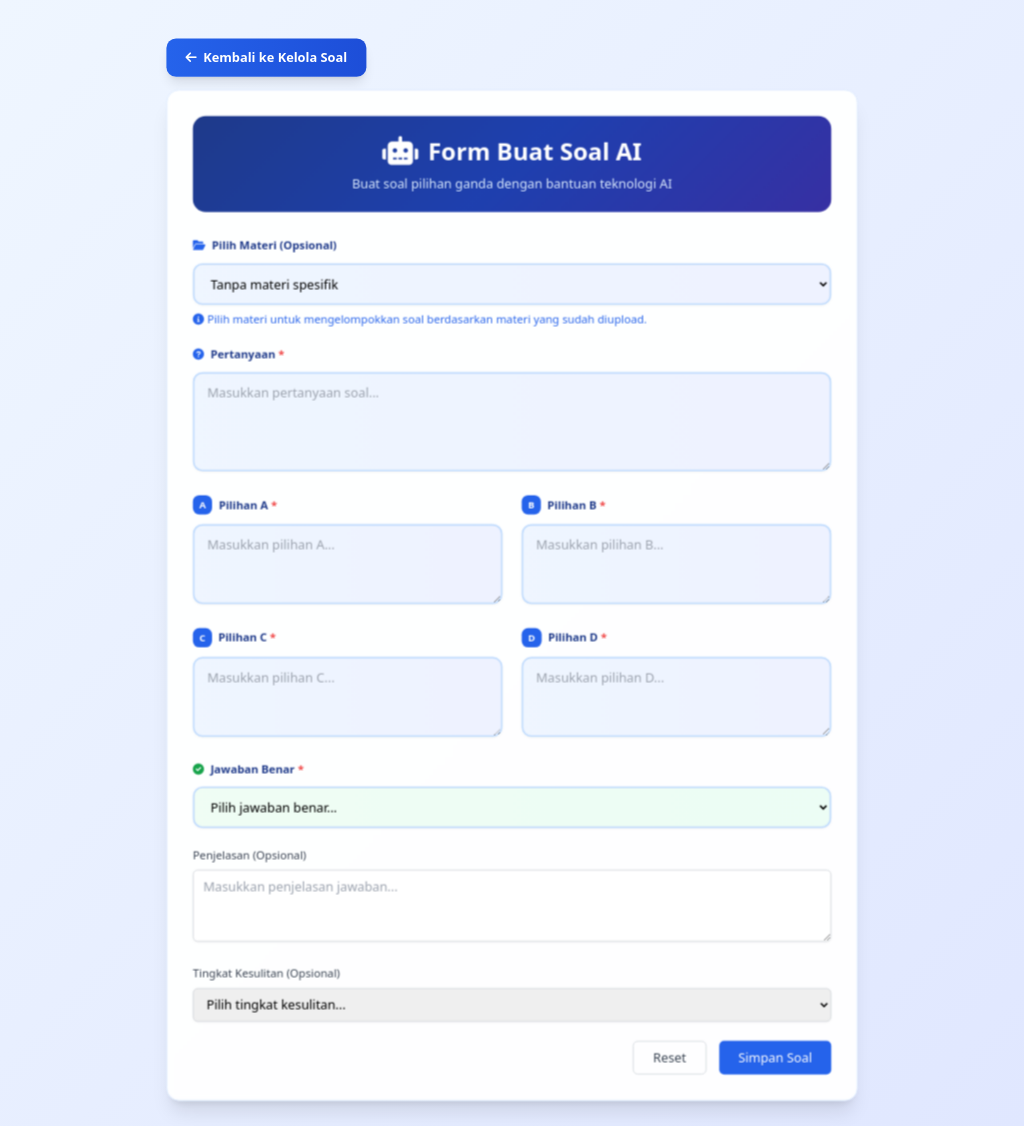
Repository: Autofat/LMS-MOOC
Page: http://localhost/questions/create
These files come from the project's save history. The page is drawn as it stood at one moment and after the next save; the edit follows.
The browser window is 1280 px wide. The pictures show the whole page, at 80% of full size.
Some web libraries are served in a nearby version. The page is served by the project's Laravel application, run on PHP 8.4 with Laravel 12. A made-up administrator, Test User (test@example.com), is signed in. Other server files are loaded and not shown. Queries for data that is not in the repository find no rows.

Above is the page before, as saved 2025-08-01 13:16:13.
Console error: TypeError: Cannot set properties of null (setting 'textContent')

### resources/views/form.blade.php
<!DOCTYPE html>
<html lang="id">

<head>
    <meta charset="UTF-8">
    <meta name="viewport" content="width=device-width, initial-scale=1.0">
    <title>Form Buat Soal - AI Generator</title>
    <script src="https://cdn.tailwindcss.com"></script>
    <link rel="stylesheet" href="https://cdnjs.cloudflare.com/ajax/libs/font-awesome/6.0.0/css/all.min.css">
    <style>
        .professional-gradient {
            background: linear-gradient(135deg, #1e3a8a 0%, #1e40af 50%, #3730a3 100%);
        }
    </style>
</head>

<body class="bg-gradient-to-br from-blue-50 to-indigo-100 min-h-screen py-8">
    <div class="max-w-4xl mx-auto px-4 py-4">
        <div class="flex justify-between items-center">
            <a href="{{ route('questions.manage') }}"
                class="bg-gradient-to-r from-blue-600 to-blue-700 hover:from-blue-700 hover:to-blue-800 text-white font-bold py-3 px-6 rounded-xl shadow-lg hover:shadow-xl transition-all duration-300 flex items-center space-x-2">
                <i class="fas fa-arrow-left"></i>
                <span>Kembali ke Kelola Soal</span>
            </a>
        </div>
    </div>
    <div class="max-w-4xl mx-auto px-4">
        <div class="bg-white/95 backdrop-blur-sm rounded-2xl shadow-xl p-8 border border-blue-100">
            <!-- Header -->
            <div class="text-center mb-8">
                <div class="professional-gradient p-6 rounded-2xl mb-6">
                    <h1 class="text-3xl font-bold text-white mb-2 flex items-center justify-center space-x-3">
                        <i class="fas fa-robot text-4xl"></i>
                        <span>Form Buat Soal AI</span>
                    </h1>
                    <p class="text-blue-100">Buat soal pilihan ganda dengan bantuan teknologi AI</p>
                </div>
            </div>

            <!-- Auto-Fill Message -->
            @if (isset($autoFillData))
                <div class="bg-gradient-to-r from-blue-100 to-indigo-100 border border-blue-300 text-blue-800 px-6 py-4 rounded-xl mb-6 flex items-center space-x-3">
                    <i class="fas fa-magic text-blue-600 text-xl"></i>
                    <div>
                        <strong>Form telah diisi otomatis oleh AI!</strong>
                        <p class="text-sm mt-1">Data dari sistem AI telah dimuat. Anda dapat mengedit dan submit secara manual.</p>
                    </div>
                </div>
            @endif

            <!-- Error Messages -->
            @if ($errors->any())
                <div class="bg-gradient-to-r from-red-100 to-red-50 border border-red-300 text-red-700 px-6 py-4 rounded-xl mb-6">
                    <div class="flex items-center space-x-3 mb-2">
                        <i class="fas fa-exclamation-triangle text-red-600"></i>
                        <strong>Terdapat kesalahan:</strong>
                    </div>
                    <ul class="list-disc list-inside ml-6">
                        @foreach ($errors->all() as $error)
                            <li>{{ $error }}</li>
                        @endforeach
                    </ul>
                </div>
            @endif

            <!-- Form -->
            <form action="{{ route('questions.store') }}" method="POST" class="space-y-6">
                @csrf

                <!-- Material Selection -->
                <div>
                    <label for="material_id" class="block text-sm font-semibold text-blue-900 mb-3 flex items-center space-x-2">
                        <i class="fas fa-folder-open text-blue-600"></i>
                        <span>Pilih Materi (Opsional)</span>
                    </label>
                    <select id="material_id" name="material_id"
                        class="w-full px-4 py-3 border-2 border-blue-200 rounded-xl shadow-sm focus:outline-none focus:ring-2 focus:ring-blue-500 focus:border-blue-500 transition-all bg-gradient-to-r from-blue-50 to-indigo-50">
                        <option value="">Tanpa materi spesifik</option>
                        @foreach (\App\Models\Material::where('is_active', true)->orderBy('title')->get() as $material)
                            <option value="{{ $material->id }}"
                                {{ old('material_id', $autoFillData['material_id'] ?? '') == $material->id ? 'selected' : '' }}>
                                {{ $material->title }}
                                @if ($material->category)
                                    ({{ $material->category }})
                                @endif
                            </option>
                        @endforeach
                    </select>
                    <p class="text-sm text-blue-600 mt-2 flex items-center space-x-1">
                        <i class="fas fa-info-circle"></i>
                        <span>Pilih materi untuk mengelompokkan soal berdasarkan materi yang sudah diupload.</span>
                    </p>
                </div>

                <!-- Question -->
                <div>
                    <label for="question" class="block text-sm font-semibold text-blue-900 mb-3 flex items-center space-x-2">
                        <i class="fas fa-question-circle text-blue-600"></i>
                        <span>Pertanyaan <span class="text-red-500">*</span></span>
                    </label>
                    <textarea id="question" name="question" rows="4"
                        class="w-full px-4 py-3 border-2 border-blue-200 rounded-xl shadow-sm focus:outline-none focus:ring-2 focus:ring-blue-500 focus:border-blue-500 transition-all bg-gradient-to-r from-blue-50 to-indigo-50"
                        placeholder="Masukkan pertanyaan soal..." required>{{ old('question', $autoFillData['question'] ?? '') }}</textarea>
                </div>

                <!-- Options -->
                <div class="grid md:grid-cols-2 gap-6">
                    <!-- Option A -->
                    <div>
                        <label for="option_a" class="block text-sm font-semibold text-blue-900 mb-3 flex items-center space-x-2">
                            <span class="bg-blue-600 text-white px-2 py-1 rounded-lg text-xs font-bold">A</span>
                            <span>Pilihan A <span class="text-red-500">*</span></span>
                        </label>
                        <textarea id="option_a" name="option_a" rows="3"
                            class="w-full px-4 py-3 border-2 border-blue-200 rounded-xl shadow-sm focus:outline-none focus:ring-2 focus:ring-blue-500 focus:border-blue-500 transition-all bg-gradient-to-r from-blue-50 to-indigo-50"
                            placeholder="Masukkan pilihan A..." required>{{ old('option_a', $autoFillData['option_a'] ?? '') }}</textarea>
                    </div>

                    <!-- Option B -->
                    <div>
                        <label for="option_b" class="block text-sm font-semibold text-blue-900 mb-3 flex items-center space-x-2">
                            <span class="bg-blue-600 text-white px-2 py-1 rounded-lg text-xs font-bold">B</span>
                            <span>Pilihan B <span class="text-red-500">*</span></span>
                        </label>
                        <textarea id="option_b" name="option_b" rows="3"
                            class="w-full px-4 py-3 border-2 border-blue-200 rounded-xl shadow-sm focus:outline-none focus:ring-2 focus:ring-blue-500 focus:border-blue-500 transition-all bg-gradient-to-r from-blue-50 to-indigo-50"
                            placeholder="Masukkan pilihan B..." required>{{ old('option_b', $autoFillData['option_b'] ?? '') }}</textarea>
                    </div>

                    <!-- Option C -->
                    <div>
                        <label for="option_c" class="block text-sm font-semibold text-blue-900 mb-3 flex items-center space-x-2">
                            <span class="bg-blue-600 text-white px-2 py-1 rounded-lg text-xs font-bold">C</span>
                            <span>Pilihan C <span class="text-red-500">*</span></span>
                        </label>
                        <textarea id="option_c" name="option_c" rows="3"
                            class="w-full px-4 py-3 border-2 border-blue-200 rounded-xl shadow-sm focus:outline-none focus:ring-2 focus:ring-blue-500 focus:border-blue-500 transition-all bg-gradient-to-r from-blue-50 to-indigo-50"
                            placeholder="Masukkan pilihan C..." required>{{ old('option_c', $autoFillData['option_c'] ?? '') }}</textarea>
                    </div>

                    <!-- Option D -->
                    <div>
                        <label for="option_d" class="block text-sm font-semibold text-blue-900 mb-3 flex items-center space-x-2">
                            <span class="bg-blue-600 text-white px-2 py-1 rounded-lg text-xs font-bold">D</span>
                            <span>Pilihan D <span class="text-red-500">*</span></span>
                        </label>
                        <textarea id="option_d" name="option_d" rows="3"
                            class="w-full px-4 py-3 border-2 border-blue-200 rounded-xl shadow-sm focus:outline-none focus:ring-2 focus:ring-blue-500 focus:border-blue-500 transition-all bg-gradient-to-r from-blue-50 to-indigo-50"
                            placeholder="Masukkan pilihan D..." required>{{ old('option_d', $autoFillData['option_d'] ?? '') }}</textarea>
                    </div>
                </div>

                <!-- Answer -->
                <div>
                    <label for="answer" class="block text-sm font-semibold text-blue-900 mb-3 flex items-center space-x-2">
                        <i class="fas fa-check-circle text-green-600"></i>
                        <span>Jawaban Benar <span class="text-red-500">*</span></span>
                    </label>
                    <select id="answer" name="answer"
                        class="w-full px-4 py-3 border-2 border-blue-200 rounded-xl shadow-sm focus:outline-none focus:ring-2 focus:ring-blue-500 focus:border-blue-500 transition-all bg-gradient-to-r from-green-50 to-emerald-50"
                        required>
                        <option value="">Pilih jawaban benar...</option>
                        <option value="A"
                            {{ old('answer', $autoFillData['answer'] ?? '') == 'A' ? 'selected' : '' }}>A</option>
                        <option value="B"
                            {{ old('answer', $autoFillData['answer'] ?? '') == 'B' ? 'selected' : '' }}>B</option>
                        <option value="C"
                            {{ old('answer', $autoFillData['answer'] ?? '') == 'C' ? 'selected' : '' }}>C</option>
                        <option value="D"
                            {{ old('answer', $autoFillData['answer'] ?? '') == 'D' ? 'selected' : '' }}>D</option>
                    </select>
                </div>

                <!-- Explanation -->
                <div>
                    <label for="explanation" class="block text-sm font-medium text-gray-700 mb-2">
                        Penjelasan (Opsional)
                    </label>
                    <textarea id="explanation" name="explanation" rows="3"
                        class="w-full px-3 py-2 border border-gray-300 rounded-md shadow-sm focus:outline-none focus:ring-2 focus:ring-blue-500 focus:border-transparent"
                        placeholder="Masukkan penjelasan jawaban...">{{ old('explanation', $autoFillData['explanation'] ?? '') }}</textarea>
                </div>

                <!-- Difficulty -->
                <div>
                    <label for="difficulty" class="block text-sm font-medium text-gray-700 mb-2">
                        Tingkat Kesulitan (Opsional)
                    </label>
                    <select id="difficulty" name="difficulty"
                        class="w-full px-3 py-2 border border-gray-300 rounded-md shadow-sm focus:outline-none focus:ring-2 focus:ring-blue-500 focus:border-transparent">
                        <option value="">Pilih tingkat kesulitan...</option>
                        <option value="Mudah"
                            {{ old('difficulty', $autoFillData['difficulty'] ?? '') == 'Mudah' ? 'selected' : '' }}>
                            Mudah</option>
                        <option value="Menengah"
                            {{ old('difficulty', $autoFillData['difficulty'] ?? '') == 'Menengah' ? 'selected' : '' }}>
                            Menengah</option>
                        <option value="Sulit"
                            {{ old('difficulty', $autoFillData['difficulty'] ?? '') == 'Sulit' ? 'selected' : '' }}>
                            Sulit</option>
                    </select>
                </div>

                <!-- Submit Button -->
                <div class="flex justify-end space-x-4">
                    <button type="button" onclick="resetForm()"
                        class="px-6 py-2 border border-gray-300 rounded-md text-gray-700 hover:bg-gray-50 focus:outline-none focus:ring-2 focus:ring-gray-500 focus:ring-offset-2 transition duration-200">
                        Reset
                    </button>
                    <button type="submit"
                        class="px-6 py-2 bg-blue-600 text-white rounded-md hover:bg-blue-700 focus:outline-none focus:ring-2 focus:ring-blue-500 focus:ring-offset-2 transition duration-200">
                        Simpan Soal
                    </button>
                </div>
            </form>
        </div>
    </div>

    <script>
        // Function to reset form
        function resetForm() {
            document.querySelector('form').reset();
            updatePreview();
        }

        // Function to update JSON preview
        function updatePreview() {
            const question = document.getElementById('question').value || 'Contoh pertanyaan...';
            const optionA = document.getElementById('option_a').value || 'Pilihan A';
            const optionB = document.getElementById('option_b').value || 'Pilihan B';
            const optionC = document.getElementById('option_c').value || 'Pilihan C';
            const optionD = document.getElementById('option_d').value || 'Pilihan D';
            const answer = document.getElementById('answer').value || 'C';
            const explanation = document.getElementById('explanation').value || 'Penjelasan jawaban...';
            const difficulty = document.getElementById('difficulty').value || 'Menengah';

            const jsonData = {
                soal: [{
                    question: question,
                    options: {
                        A: optionA,
                        B: optionB,
                        C: optionC,
                        D: optionD
                    },
                    answer: answer,
                    explanation: explanation,
                    difficulty: difficulty
                }]
            };

            document.getElementById('jsonPreview').textContent = JSON.stringify(jsonData, null, 2);
        }

        // Add event listeners to update preview
        document.addEventListener('DOMContentLoaded', function() {
            const inputs = ['question', 'option_a', 'option_b', 'option_c', 'option_d', 'answer', 'explanation',
                'difficulty'
            ];
            inputs.forEach(id => {
                const element = document.getElementById(id);
                element.addEventListener('input', updatePreview);
                element.addEventListener('change', updatePreview);
            });

            updatePreview(); // Initial preview
        });
    </script>
</body>

</html>

Loaded but not shown: app/Models/User.php (common file); app/Http/Controllers/Controller.php (common file); app/Http/Controllers/QuestionController.php (1404 lines, source omitted); app/Models/Material.php (45 lines, source omitted); routes/web.php (145 lines, source omitted)

After the next save:
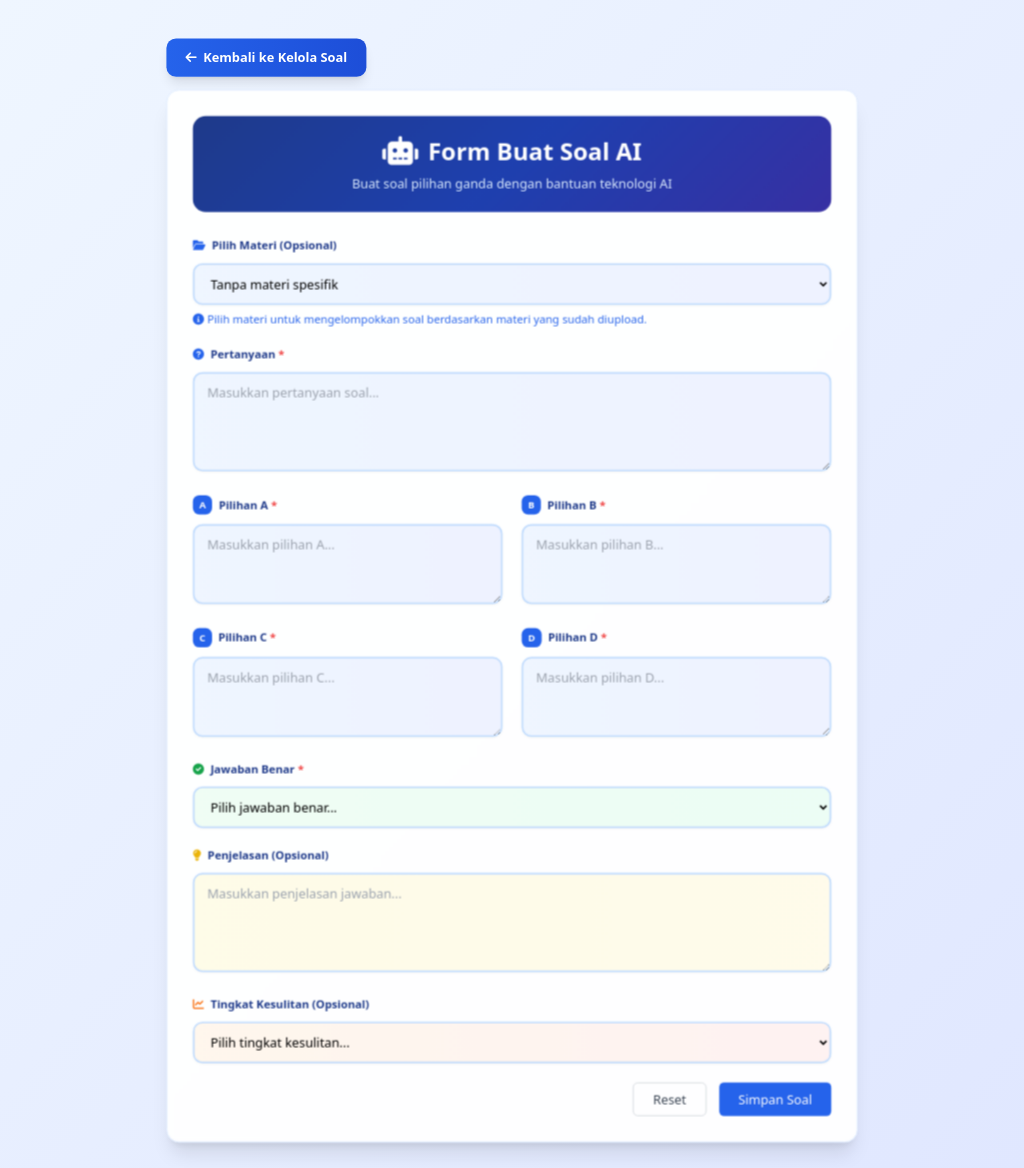
Saved 19 s later.
--- a/resources/views/form.blade.php
+++ b/resources/views/form.blade.php
@@ -173,21 +173,23 @@
 
                 <!-- Explanation -->
                 <div>
-                    <label for="explanation" class="block text-sm font-medium text-gray-700 mb-2">
-                        Penjelasan (Opsional)
-                    </label>
-                    <textarea id="explanation" name="explanation" rows="3"
-                        class="w-full px-3 py-2 border border-gray-300 rounded-md shadow-sm focus:outline-none focus:ring-2 focus:ring-blue-500 focus:border-transparent"
+                    <label for="explanation" class="block text-sm font-semibold text-blue-900 mb-3 flex items-center space-x-2">
+                        <i class="fas fa-lightbulb text-yellow-500"></i>
+                        <span>Penjelasan (Opsional)</span>
+                    </label>
+                    <textarea id="explanation" name="explanation" rows="4"
+                        class="w-full px-4 py-3 border-2 border-blue-200 rounded-xl shadow-sm focus:outline-none focus:ring-2 focus:ring-blue-500 focus:border-blue-500 transition-all bg-gradient-to-r from-yellow-50 to-amber-50"
                         placeholder="Masukkan penjelasan jawaban...">{{ old('explanation', $autoFillData['explanation'] ?? '') }}</textarea>
                 </div>
 
                 <!-- Difficulty -->
                 <div>
-                    <label for="difficulty" class="block text-sm font-medium text-gray-700 mb-2">
-                        Tingkat Kesulitan (Opsional)
+                    <label for="difficulty" class="block text-sm font-semibold text-blue-900 mb-3 flex items-center space-x-2">
+                        <i class="fas fa-chart-line text-orange-500"></i>
+                        <span>Tingkat Kesulitan (Opsional)</span>
                     </label>
                     <select id="difficulty" name="difficulty"
-                        class="w-full px-3 py-2 border border-gray-300 rounded-md shadow-sm focus:outline-none focus:ring-2 focus:ring-blue-500 focus:border-transparent">
+                        class="w-full px-4 py-3 border-2 border-blue-200 rounded-xl shadow-sm focus:outline-none focus:ring-2 focus:ring-blue-500 focus:border-blue-500 transition-all bg-gradient-to-r from-orange-50 to-red-50">
                         <option value="">Pilih tingkat kesulitan...</option>
                         <option value="Mudah"
                             {{ old('difficulty', $autoFillData['difficulty'] ?? '') == 'Mudah' ? 'selected' : '' }}>
